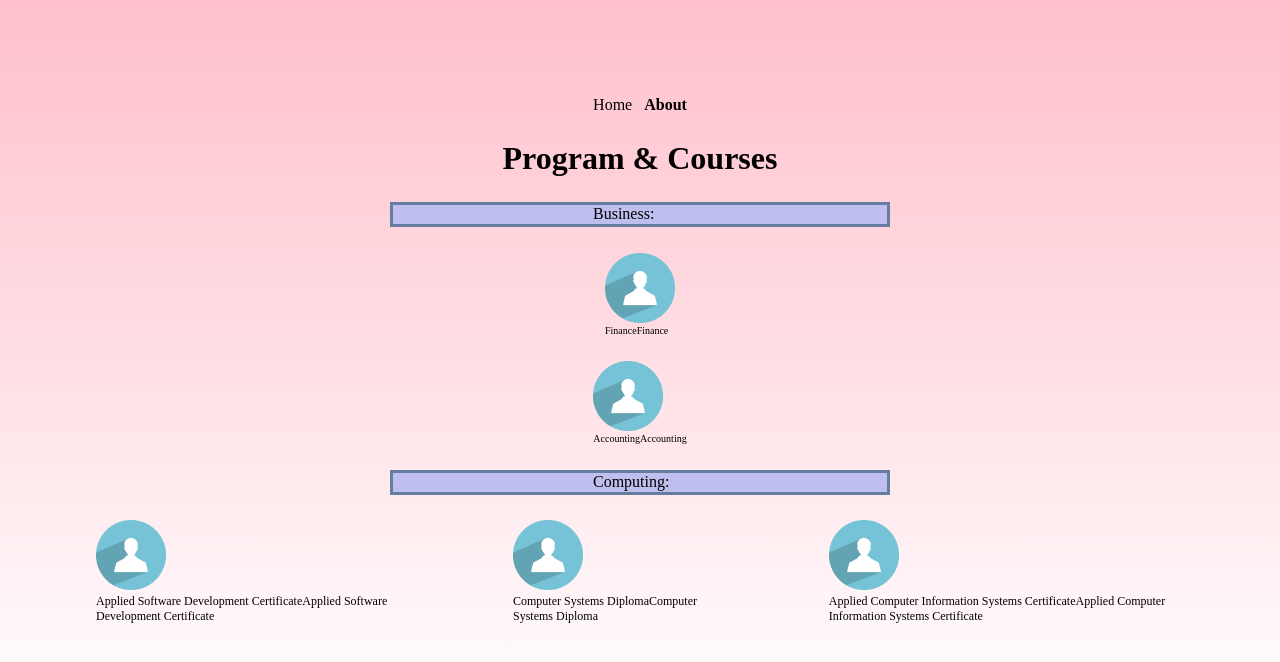
Repository: anoncoderin/madhu-assignment3
Page: /
The author's editor kept a copy of each file at every save. The page is drawn from the files as they stood at one save, then again after the next save.
The browser window is 1280 px wide. The pictures show the whole page.
The project was rebuilt for these pictures with package versions that can differ from the ones it lists, and the page was loaded fresh each time. The framework's server and built-in components were replaced by stand-ins that run in the browser. Also part of the build but not shown: next.config.js, components/Card/Card.module.css.

Above is the page before, as saved 2023-01-22 20:55:38.

After the next save:
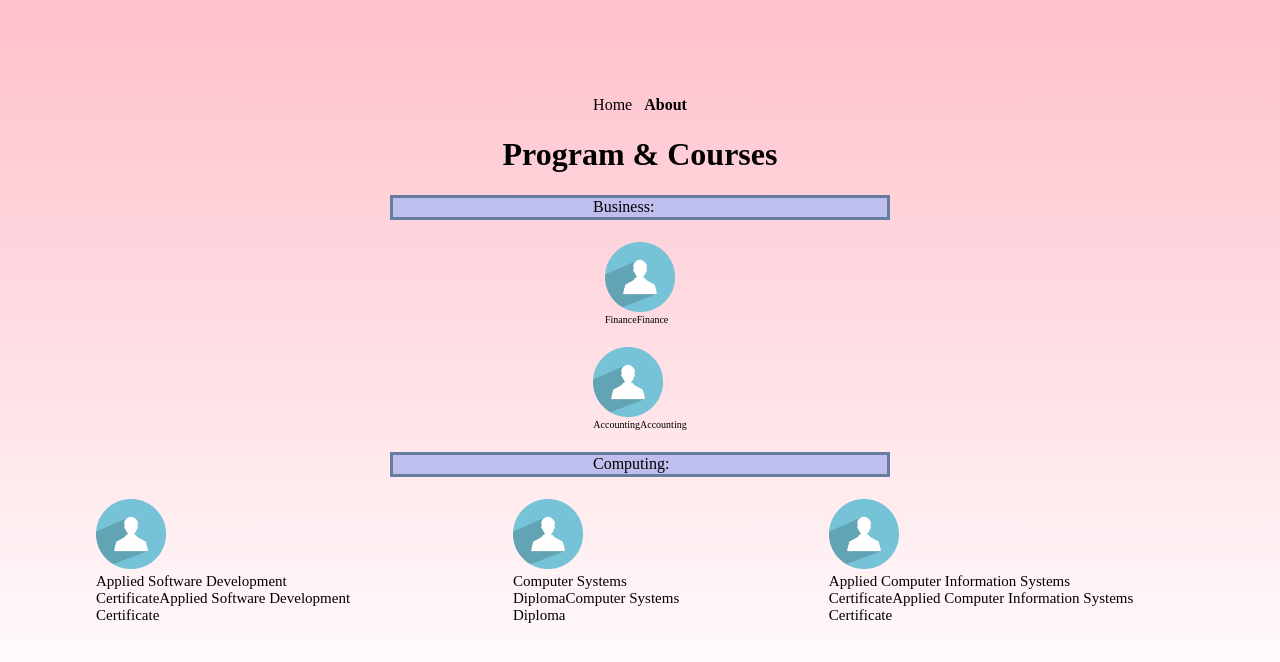
Saved 7 s later.
--- a/pages/index.js
+++ b/pages/index.js
@@ -38,7 +38,7 @@
         information && information.map((info, index)=>{
           if(info.department === "Computing"){
             return(
-              <Card key={index} degree={info.degree} font={12}></Card>
+              <Card key={index} degree={info.degree} font={15}></Card>
             )
           }
         })
